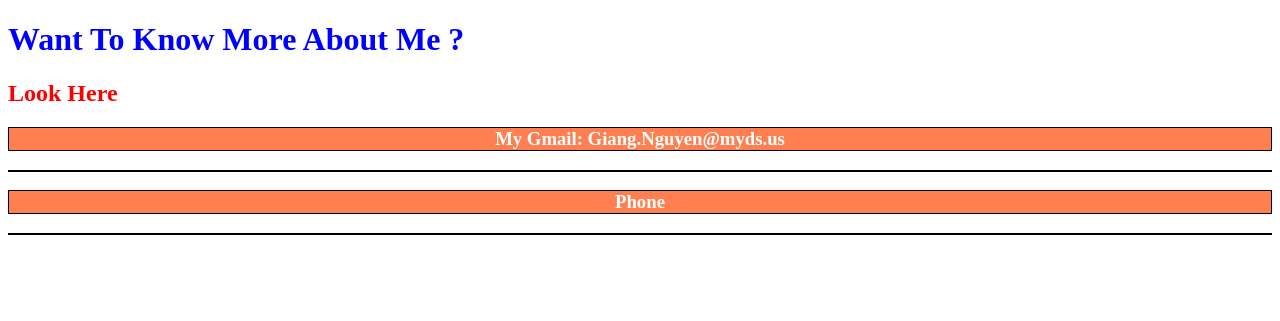
Repository: GiangNguyen2805/GiangNguyen2805.github.io
Page: contactme.html
The author's editor kept a record of every edit. The page is drawn from the files as they stood at one moment, then again after the next edit.
The browser window is 1280 px wide. The pictures show the whole page.

Above is the page before.

After the next edit:
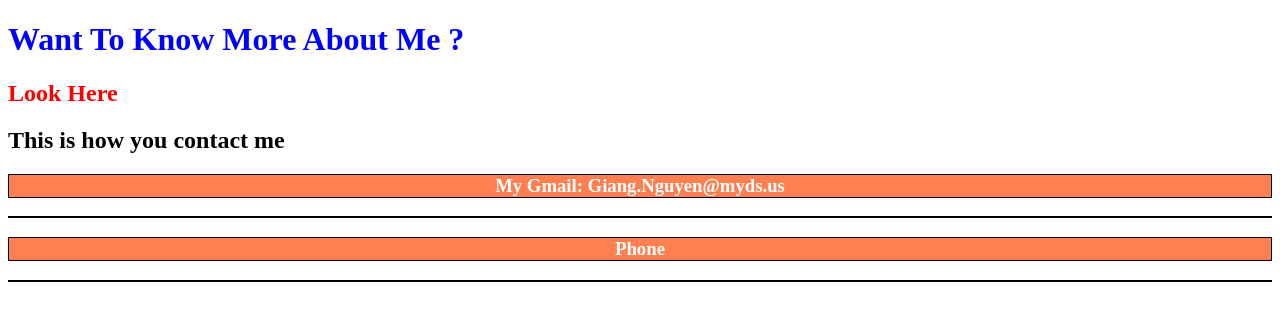
The edit:
--- a/contactme.html
+++ b/contactme.html
@@ -14,6 +14,7 @@
 </head>
  <h1 style="color:blue;"> Want To Know More About Me ?</h1>
  <h2 style="color:red;"> Look Here</h2>
+ <h2> This is how you contact me</h2>
 
 
  <h3 style="text-align:center;"><p>My Gmail: Giang.Nguyen@myds.us</h3></p>
